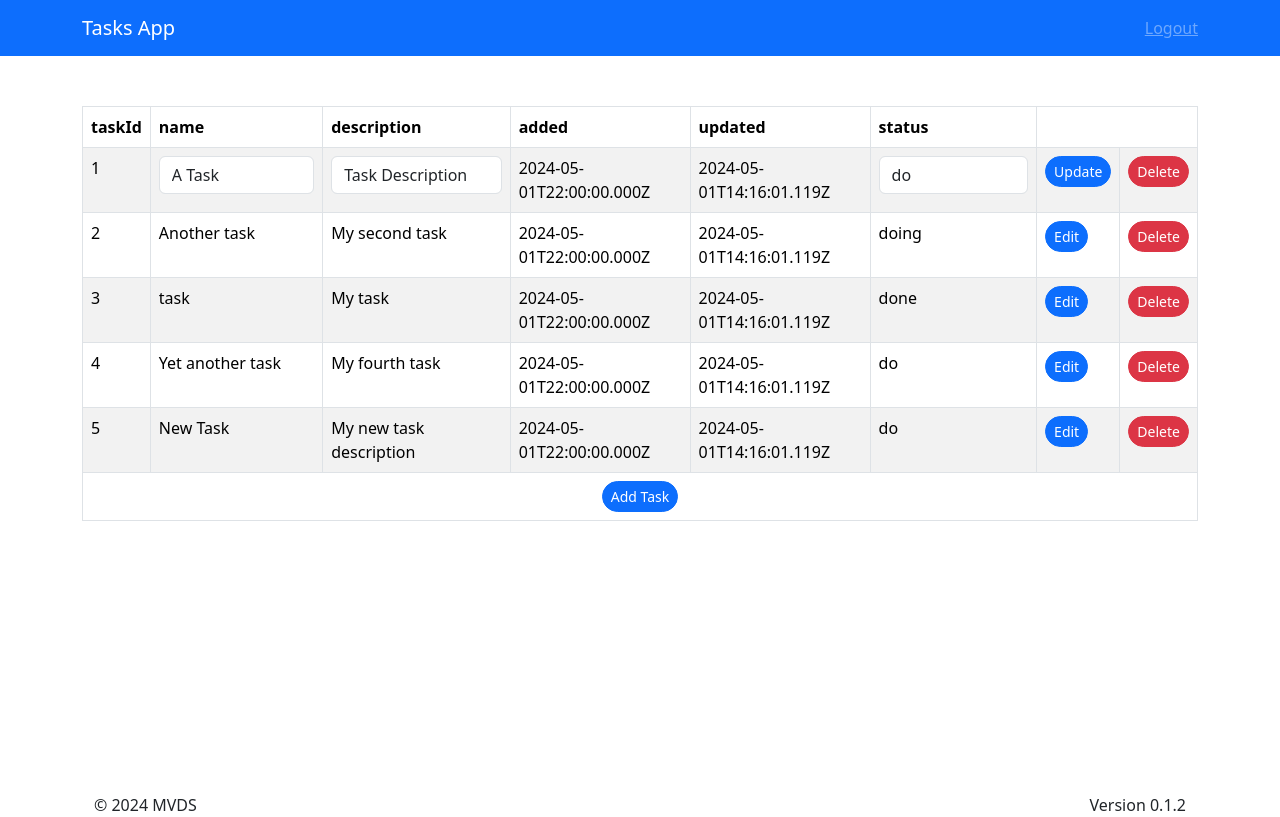
Repository: trider/react-task-manager
Page: /#/tasks, after clicking the first element matching `button.btn`
These files come from the project's save history. The page is drawn as it stood at one moment and after the next save; the edit follows.
The browser window is 1280 px wide. The pictures show the whole page.
The project was rebuilt for these pictures with package versions that can differ from the ones it lists, and the page was loaded fresh each time. Also part of the build but not shown: src/App.css, src/data/_Users.js, src/pages/Login.js.

Above is the page before, as saved 2024-05-07 17:59:06.

### src/App.js
// import logo from './logo.svg';
import './App.css';
import 'bootstrap/dist/css/bootstrap.min.css';
// import { BrowserRouter, Routes, Route } from "react-router-dom";
import {HashRouter as Router, Routes, Route} from "react-router-dom";
import LoginForm from "./pages/Login";
import TaskList from "./pages/Task";

// const path = process.env.REACT_APP_FOR_PATH;

function App() {
  return (
    <div>
      <Router baseline="/">
        <Routes>
          <Route index element={<LoginForm />} />
            <Route path="login" element={<LoginForm />} />
            <Route path="tasks" element={<TaskList />} />
        </Routes>
      </Router>
    </div>
  );
}

export default App;

### src/pages/Task.js
import * as React from 'react';

import { useState } from 'react';

import Table from 'react-bootstrap/Table';
import Container from 'react-bootstrap/Container';
import Button from 'react-bootstrap/Button';
import Form from 'react-bootstrap/Form';

import NavbarComponent from '../components/Navigation';
import Footer from '../components/Footer';

import userTasks from '../data/_Tasks';
import tableCols from '../data/_Cols';




const TaskTable = () => {

  const [tasks, setTasks] = useState(userTasks);
  const [taskName, setTaskName] = useState("A Task");
  const [taskDescription, setTaskDescription] = useState("Task Description");
  const [dateAdded, setDateAdded] = useState(new Date().toISOString());
  const [dateUpdated, setDateUpdated] = useState(new Date().toISOString());
  const [taskStatus, setTaskStatus] = useState("do");
  const [isAdd, setIsAdd] = useState(false);


  const addTask = (task) => {
    setDateAdded(new Date().toISOString());
    setDateUpdated(new Date().toISOString());
    setTaskStatus('do');
    setIsAdd(false);
    setTasks([...tasks, { id: tasks.length + 1, ...task }]);
  }

  const editTask = (task) => {

    setIsAdd(false);
    setTasks(tasks.map((t) => {
      if (tasks.filter((t) => t.isEdit === true).length < 1) {
        if (t.taskId === task.taskId) t.isEdit = !t.isEdit;
      }

      return t
    }));


  }

  const getButton = (task) => {

    if (task.isEdit) {
      return <Button variant="primary rounded-pill" size='sm' onClick={(e) => updateTask(task)}>
        Update
      </Button>
    }
    else {
      return <Button variant="primary rounded-pill" size='sm' onClick={(e) => editTask(task)}>
        Edit
      </Button>
    }

  }

  const updateTask = (task) => {






    setTasks(tasks.map((t) => {
      setTaskName(t.name);
      setTaskDescription(t.description);
      if (t.taskId === task.taskId) {
        t.isEdit = !t.isEdit;
        t.name = taskName;
        t.description = taskDescription;
        t.updated = new Date().toISOString();
        t.status = taskStatus;
      }
      return t;
    }));
    setIsAdd(false);



  }

  const deleteTask = (task) => {
    setTasks(tasks.filter((t) => t.taskId !== task.taskId));
  }

  const getTask = (task, col) => {
    if (task.isEdit) {
      if (col === 'name') {
        return <Form.Control
          type="text"
          value={taskName}
          onChange={(e) => setTaskName(e.target.value)}
        />
      }
      else if (col === 'description') {
        return <Form.Control
          type="text"
          value={taskDescription}
          onChange={(e) => setTaskDescription(e.target.value)}
        />
      }
      else if (col === 'status') {
        return <Form.Control
          type="text"
          value={taskStatus}
          onChange={(e) => setTaskStatus(e.target.value)}
        />
      }
      else {
        return task[col]
      }


    }
    else {
      return task[col]
    }


  }



  const showTableBody = () => {

    if (isAdd) {

      return <tbody>

        <tr>
          <td>
            {tasks.length + 1}
          </td>
          <td>
            <Form.Control
              type="text"
              value={taskName}
              onChange={(e) => setTaskName(e.target.value)}
            />
          </td>
          <td>
            <Form.Control
              type="text"
              value={taskDescription}
              onChange={(e) => setTaskDescription(e.target.value)}

            />
          </td>
          <td>
            {dateAdded}
          </td>
          <td>
            {dateUpdated}
          </td>
          <td>
            do
          </td>

          <td colSpan='2'>
            <div className="d-grid gap-2 d-md-flex justify-content-md-center">

              <Button variant="primary rounded-pill" size='sm' onClick={(e) => addTask({
                name: taskName,
                description: taskDescription,
                user: 'jonnygold',
                status: 'do',
                taskId: tasks.length + 1,
                added: new Date().toISOString(),
                updated: new Date().toISOString(),
                isActive: true,
                isEdit: false
              })}>
                Add
              </Button>
            </div>
          </td>
        </tr>



      </tbody>



    }
    else {
      return <tbody>
        {tasks.map((task) => (
          <tr key={task.id}>
            {tableCols.map((col) => (
              <td key={col}>

                {getTask(task, col)}

              </td>
            ))}

            <td>
              {getButton(task)}
            </td>
            <td>
              <Button variant="danger rounded-pill" size='sm' onClick={(e) => deleteTask(task)}>
                Delete
              </Button>
            </td>
          </tr>
        ))}



        <tr>

          <td colSpan={tableCols.length + 2} style={{ backgroundColor: "white" }}>
            <div className="d-grid gap-2 d-md-flex justify-content-md-center">
              <Button variant="primary rounded-pill" size='sm' onClick={(e) => setIsAdd(!isAdd)}>
                Add Task
              </Button>
            </div>
          </td>
        </tr>
      </tbody>

    }


  }






  return (
    <div >
      <Table striped bordered hover size="lg">
        <thead>
          <tr>
            {tableCols.map((col) => (
              <th key={col}>{col}</th>
            ))}
            <th colSpan={"2"}></th>
          </tr>
        </thead>

        {showTableBody()}

      </Table>




    </div>
  );
}


const TaskList = () => {
  return (
    <div>

      <NavbarComponent />
      <Container style={{ marginTop: "50px" }}>

        <div style={{ marginTop: "50px" }}>
          <TaskTable />
        </div>

      </Container>
      <Container style={{paddingTop:'20%'}} >
        <Footer />
      </Container>

    </div>
  );
}

export default TaskList;

### src/components/Footer.js
import * as React from 'react';
import Container from 'react-bootstrap/Container';
import Row from 'react-bootstrap/Row';
import Col from 'react-bootstrap/Col';


const Footer = () => {
  return (
    <footer>
      <Container >
      <Row>
        <Col sm={8}>&copy; 2024 MVDS</Col>
        <Col style={{textAlign:"right"}}>Version 0.1.2</Col>
      </Row>
      </Container>
    </footer>
  );
}

export default Footer;

### src/components/Navigation.js
import * as React from 'react';
import Container from 'react-bootstrap/Container';
import Nav from 'react-bootstrap/Nav';
import Navbar from 'react-bootstrap/Navbar';
import {Link as ReactLink} from "react-router-dom";






const NavbarComponent = () => {
  return (
    <Navbar bg="primary" expand="lg" data-bs-theme="dark">
      <Container>
        <Navbar.Brand href="#home">Tasks App</Navbar.Brand>
        <Navbar.Toggle aria-controls="basic-navbar-nav" />
        <Navbar.Collapse id="basic-navbar-nav">
          <Nav className="me-auto" >
          </Nav>

          <div className='Nav'>
            <ReactLink to="/login">Logout</ReactLink>
          </div>
        </Navbar.Collapse>
      </Container>
    </Navbar>
  );
}



export default NavbarComponent;

### src/data/_Tasks.js
const userTasks= [
 {
   id: "6630ab326e723ac1ea6dce7a",
   description: "My first task",
   name: "A task",
   taskId: 1,
   user: "jonnygold",
   added: "2024-05-01T22:00:00.000Z",
   updated: "2024-05-01T14:16:01.119Z",
   status: "do",
   isActive: true,
   isEdit: false
 },
 {
   id: "6630fe5d6e723ac1ea6dce7e",
   description: "My second task",
   name: "Another task",
   taskId: 2,
   user: "jonnygold",
   added: "2024-05-01T22:00:00.000Z",
   updated:"2024-05-01T14:16:01.119Z",
   status: "doing",
   isActive: true,
   isEdit: false
 },
 {
   id: "6630fe826e723ac1ea6dce7f",
   description: "My task",
   name: "task",
   taskId: 3,
   user: "jonnygold",
   added: "2024-05-01T22:00:00.000Z",
   updated:"2024-05-01T14:16:01.119Z",
   status: "done",
   isActive: true,
   isEdit: false
 },
 {
   id: "6631f17cc4c9b7f5ab3c28c3",
   name: "Yet another task",
   description: "My fourth task",
   user: "jonnygold",
   taskId: 4,
   added: "2024-05-01T22:00:00.000Z",
   updated:"2024-05-01T14:16:01.119Z",
   isActive: true,
   status: "do",
   isEdit: false

 },
 {
   id: "66323f0d54b80929f84ebdd2",
   user: "jonnygold",
   name: "New Task",
   description: "My new task description",
   status: "do",
   taskId: 5,
   added: "2024-05-01T22:00:00.000Z",
   updated:"2024-05-01T14:16:01.119Z",
   isActive: true,
   isEdit: false
 }

]

export default userTasks

### src/data/_Cols.js
const tableCols = [
 'taskId',
 'name',
 'description',
 'added',
 'updated',
 'status',
];

export default tableCols

Loaded but not shown: public/index.html (common file); src/index.js (common file); src/index.css (common file); src/reportWebVitals.js (common file)

After the next save:
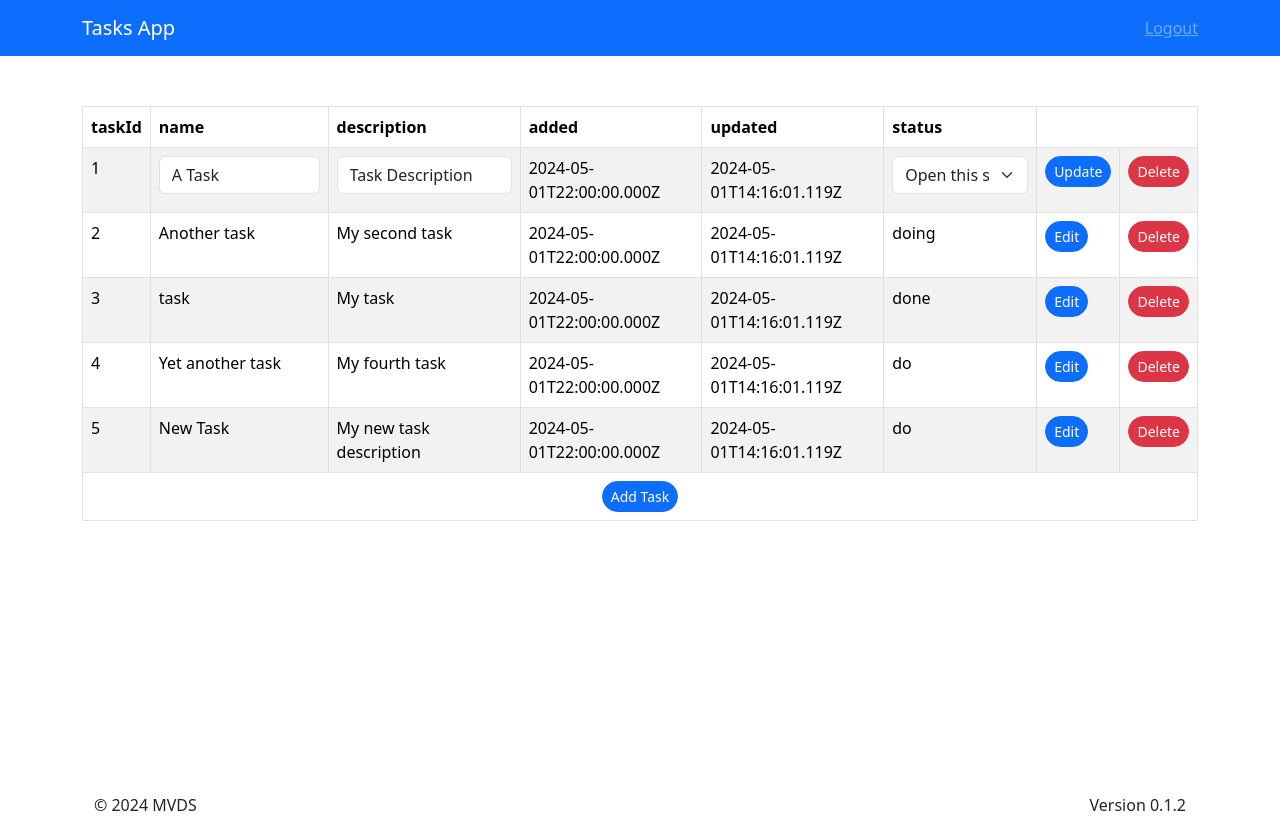
Saved 75 s later.
--- a/src/pages/Task.js
+++ b/src/pages/Task.js
@@ -110,11 +110,17 @@ const TaskTable = () => {
         />
       }
       else if (col === 'status') {
-        return <Form.Control
-          type="text"
-          value={taskStatus}
-          onChange={(e) => setTaskStatus(e.target.value)}
-        />
+        return     <Form.Select aria-label="Default select example">
+        <option>Open this select menu</option>
+        <option value="1">One</option>
+        <option value="2">Two</option>
+        <option value="3">Three</option>
+      </Form.Select>
+        // return <Form.Control
+        //   type="text"
+        //   value={taskStatus}
+        //   onChange={(e) => setTaskStatus(e.target.value)}
+        // />
       }
       else {
         return task[col]
